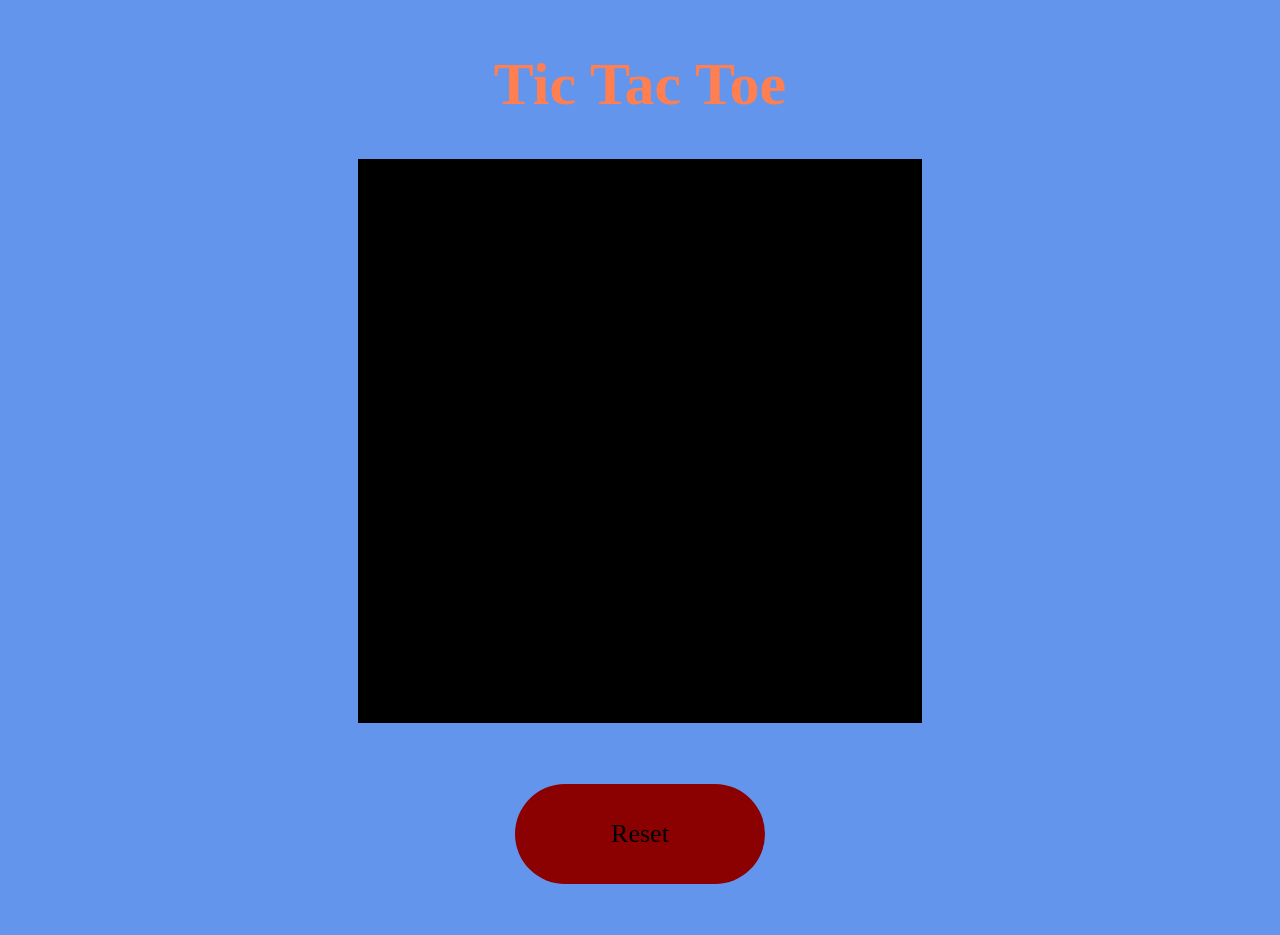
Repository: jontslater/tictaktoe
Page: /
The author's editor kept a copy of each file at every save. The page is drawn from the files as they stood at one save, then again after the next save.
The browser window is 1280 px wide. The pictures show the whole page.
The project was rebuilt for these pictures with package versions that can differ from the ones it lists, and the page was loaded fresh each time. Also part of the build but not shown: src/App.css.

Above is the page before, as saved 2024-06-30 10:26:43.

After the next save:
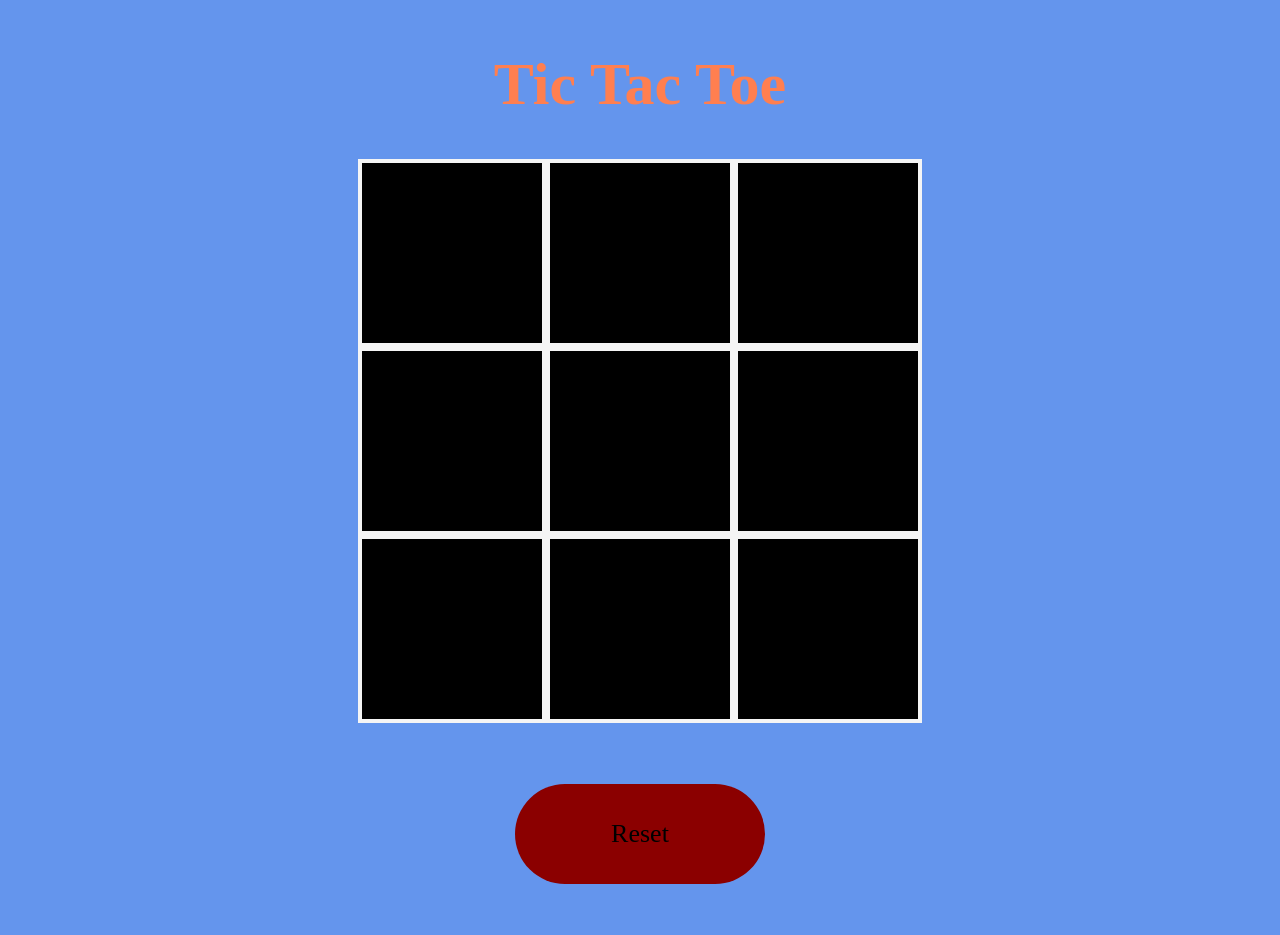
Saved 23 s later.
--- a/src/Components/TicTacToe/TicTacToe.css
+++ b/src/Components/TicTacToe/TicTacToe.css
@@ -32,7 +32,7 @@
   height: 180px;
   width: 180px;
   background-color:black;
-  border: 4px solid black;
+  border: 4px solid whitesmoke;
   /* border-radius: 12px; */
   cursor: pointer;
 }
